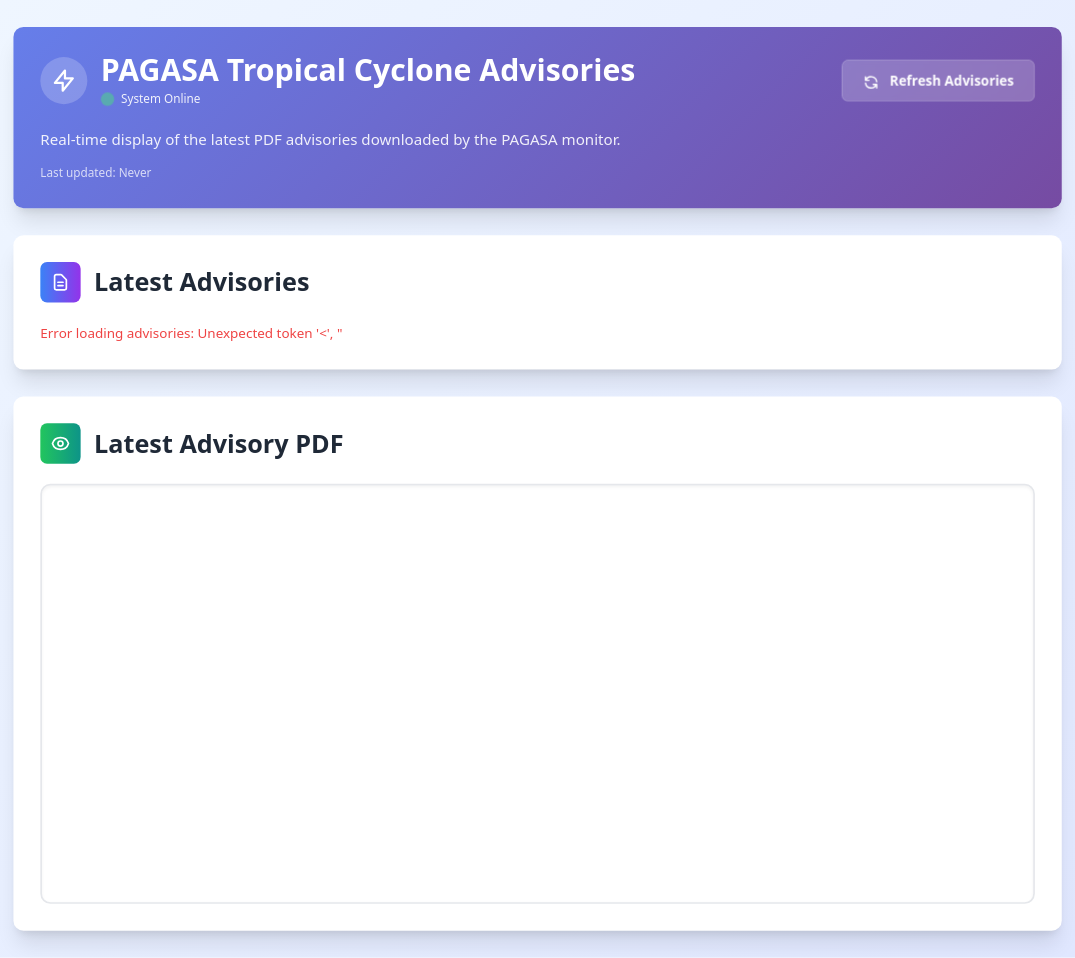
Repository: JetSpy-404/Heat-Mapping-For-Disaster-Risk-Prone-Areas
Page: pdf_viewer.html
These files come from the project's save history. The page is drawn as it stood at one moment and after a run of saves; the edit follows.
The browser window is 1280 px wide. The pictures show the whole page, at 84% of full size.
Some web libraries are served in a nearby version.

Above is the page before, as saved 2025-11-09 21:12:48.

After the next 2 saves:
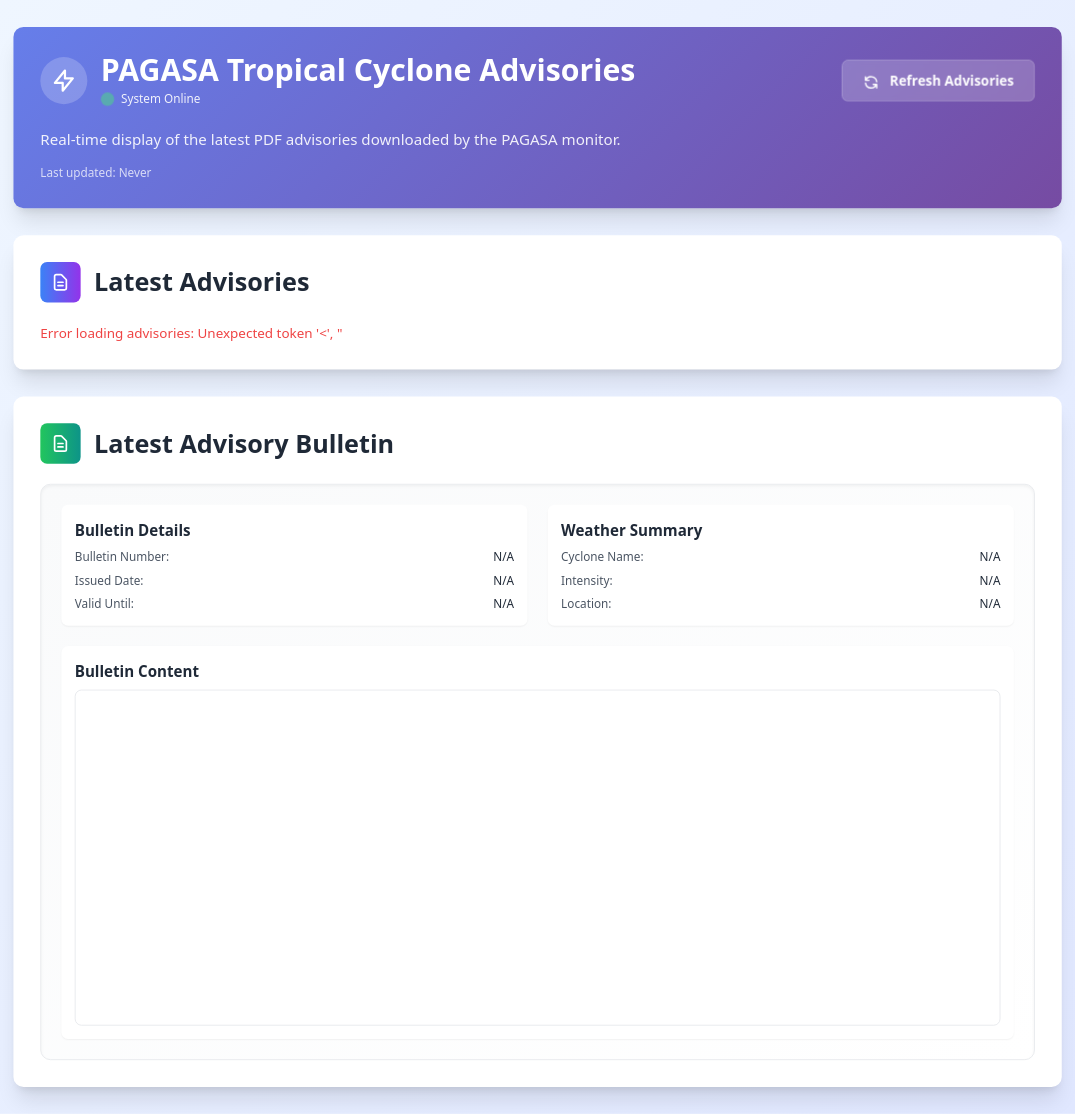
The 2 saves are shown as one change because they came seconds apart.
The last was saved 3 min 0 s later.
--- a/pdf_viewer.html
+++ b/pdf_viewer.html
@@ -96,13 +96,53 @@
             <div class="flex items-center mb-6">
                 <div class="bg-gradient-to-r from-green-500 to-teal-600 p-3 rounded-lg mr-4">
                     <svg class="w-6 h-6 text-white" fill="none" stroke="currentColor" viewBox="0 0 24 24">
-                        <path stroke-linecap="round" stroke-linejoin="round" stroke-width="2" d="M15 12a3 3 0 11-6 0 3 3 0 016 0z"></path>
-                        <path stroke-linecap="round" stroke-linejoin="round" stroke-width="2" d="M2.458 12C3.732 7.943 7.523 5 12 5c4.478 0 8.268 2.943 9.542 7-1.274 4.057-5.064 7-9.542 7-4.477 0-8.268-2.943-9.542-7z"></path>
+                        <path stroke-linecap="round" stroke-linejoin="round" stroke-width="2" d="M9 12h6m-6 4h6m2 5H7a2 2 0 01-2-2V5a2 2 0 012-2h5.586a1 1 0 01.707.293l5.414 5.414a1 1 0 01.293.707V19a2 2 0 01-2 2z"></path>
                     </svg>
                 </div>
-                <h2 class="text-3xl font-bold text-gray-800">Latest Advisory PDF</h2>
-            </div>
-            <iframe id="latest-pdf-iframe" class="w-full h-[500px] border-2 border-gray-200 rounded-xl shadow-inner" type="application/pdf"></iframe>
+                <h2 class="text-3xl font-bold text-gray-800">Latest Advisory Bulletin</h2>
+            </div>
+            <div class="bg-gradient-to-br from-gray-50 to-white rounded-xl p-6 border border-gray-200 shadow-inner">
+                <div class="grid grid-cols-1 md:grid-cols-2 gap-6 mb-6">
+                    <div class="bg-white rounded-lg p-4 shadow-sm">
+                        <h3 class="text-lg font-semibold text-gray-800 mb-2">Bulletin Details</h3>
+                        <div class="space-y-2 text-sm">
+                            <div class="flex justify-between">
+                                <span class="font-medium text-gray-600">Bulletin Number:</span>
+                                <span id="bulletin-number" class="text-gray-800">N/A</span>
+                            </div>
+                            <div class="flex justify-between">
+                                <span class="font-medium text-gray-600">Issued Date:</span>
+                                <span id="issued-date" class="text-gray-800">N/A</span>
+                            </div>
+                            <div class="flex justify-between">
+                                <span class="font-medium text-gray-600">Valid Until:</span>
+                                <span id="valid-until" class="text-gray-800">N/A</span>
+                            </div>
+                        </div>
+                    </div>
+                    <div class="bg-white rounded-lg p-4 shadow-sm">
+                        <h3 class="text-lg font-semibold text-gray-800 mb-2">Weather Summary</h3>
+                        <div class="space-y-2 text-sm">
+                            <div class="flex justify-between">
+                                <span class="font-medium text-gray-600">Cyclone Name:</span>
+                                <span id="cyclone-name" class="text-gray-800">N/A</span>
+                            </div>
+                            <div class="flex justify-between">
+                                <span class="font-medium text-gray-600">Intensity:</span>
+                                <span id="intensity" class="text-gray-800">N/A</span>
+                            </div>
+                            <div class="flex justify-between">
+                                <span class="font-medium text-gray-600">Location:</span>
+                                <span id="location" class="text-gray-800">N/A</span>
+                            </div>
+                        </div>
+                    </div>
+                </div>
+                <div class="bg-white rounded-lg p-4 shadow-sm">
+                    <h3 class="text-lg font-semibold text-gray-800 mb-2">Bulletin Content</h3>
+                    <iframe id="latest-pdf-iframe" class="w-full h-[400px] border border-gray-200 rounded-lg" type="application/pdf"></iframe>
+                </div>
+            </div>
         </div>
     </div>
 
